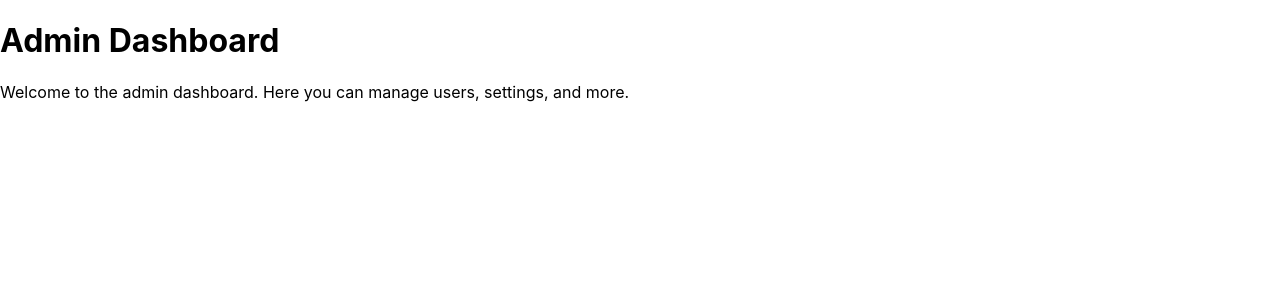
Repository: AfifaNoor/CRUD
Page: /dashboard
These files come from the project's save history. The page is drawn as it stood at one moment and after the next save; the edit follows.
The browser window is 1280 px wide. The pictures show the whole page.
The project was rebuilt for these pictures with package versions that can differ from the ones it lists, and the page was loaded fresh each time. Also part of the build but not shown: src/AdminPage.css.

Above is the page before, as saved 2025-06-09 15:21:46.

After the next save:
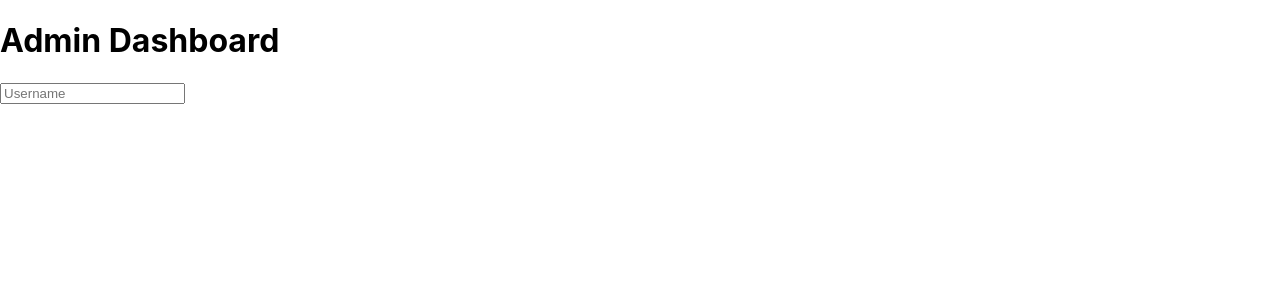
Saved 67 s later.
--- a/src/AdminPage.jsx
+++ b/src/AdminPage.jsx
@@ -5,7 +5,7 @@ const AdminPage = () => {
   return (
     <div className="admin-page">
       <h1>Admin Dashboard</h1>
-      <p>Welcome to the admin dashboard. Here you can manage users, settings, and more.</p>
+      <input type='text' placeholder='Username' className='username'/>
       {/* Add more admin functionalities here */}
     </div>
   );
